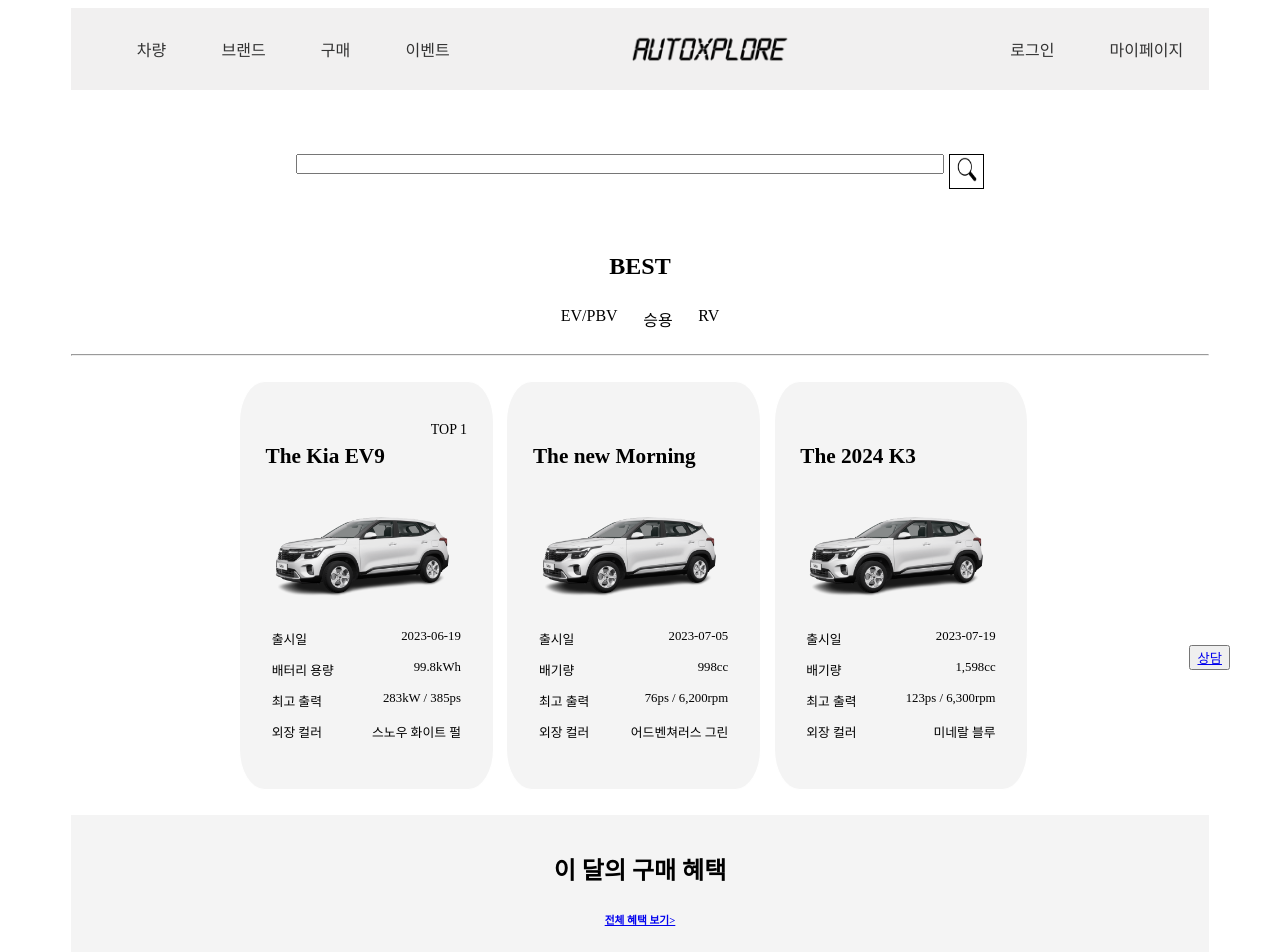
Repository: Autoxplore/Autoxplore
Page: mainPage.html
The author's editor kept a copy of each file at every save. The page is drawn from the files as they stood at one save, then again after the next save.
The browser window is 1280 px wide. The pictures show the part of the page from y = 0 to 952 px (the page is 2372 px tall before and 2411 px after).
A picture or video elsewhere on the page could not be fetched, so the positions and the page height are approximate.

Above is the page before, as saved 2023-08-03 15:18:31.

After the next save:
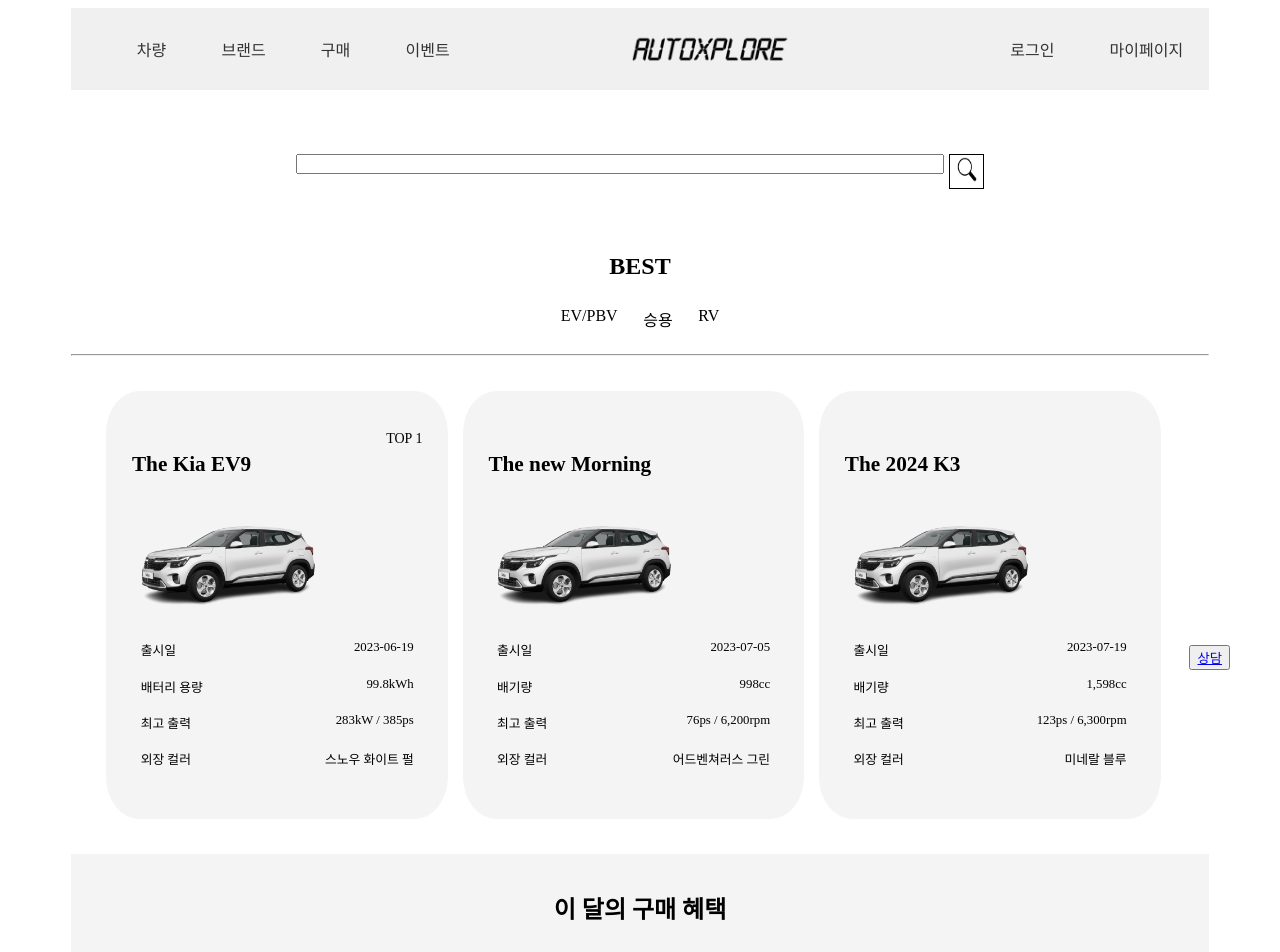
Saved 91 s later.
--- a/harin_css/mainPage.css
+++ b/harin_css/mainPage.css
@@ -114,10 +114,7 @@
     }
 
     /* best 내용 */
-    #wrap1{
-        width: 75%;
-        margin: 0 auto;
-    }
+
 
     .bestContent{
         display: flex;

After the save that followed:
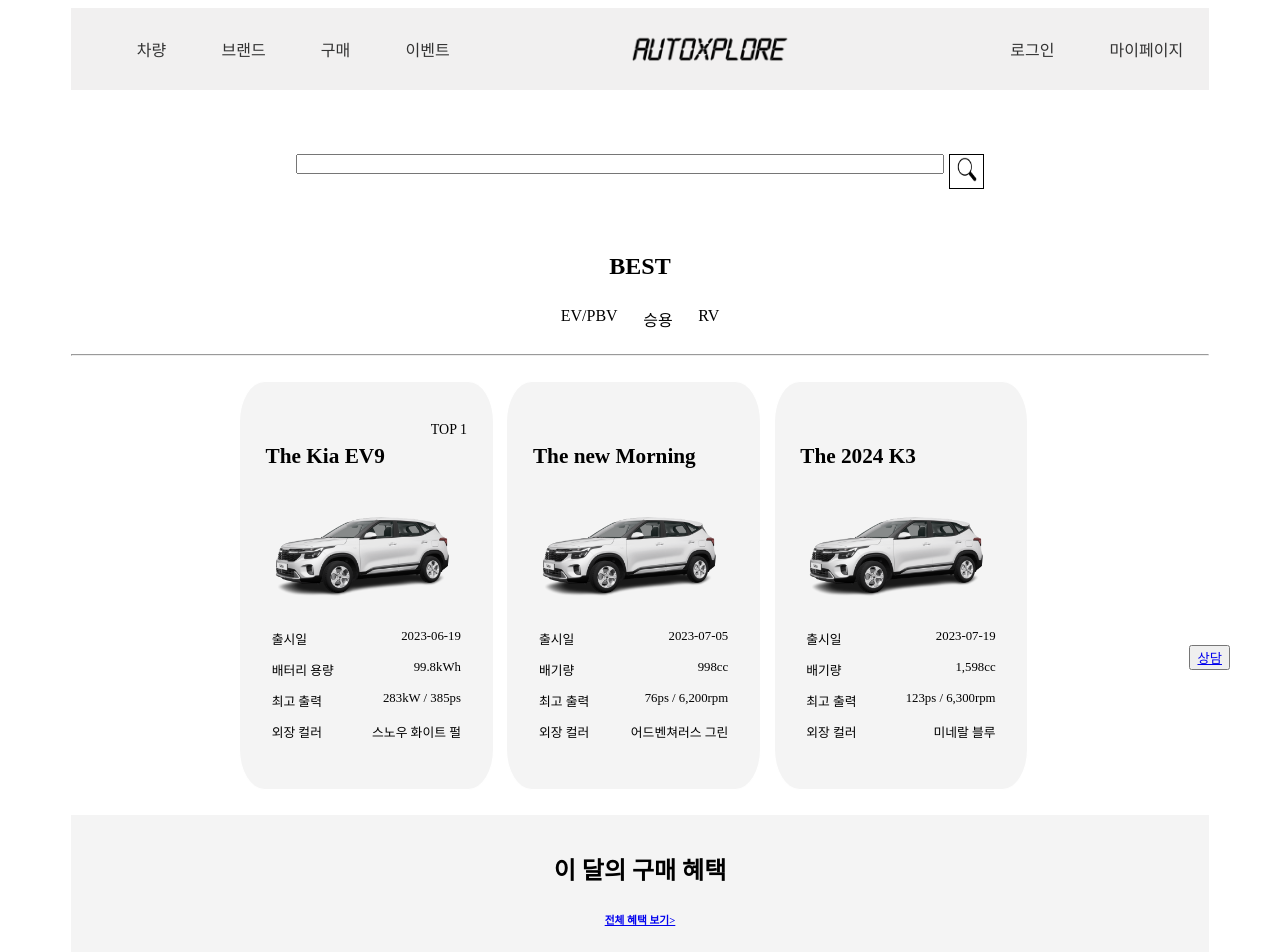
Saved 20 s later.
--- a/harin_css/mainPage.css
+++ b/harin_css/mainPage.css
@@ -114,6 +114,10 @@
     }
 
     /* best 내용 */
+    #wrap1{
+        width: 75%;
+        margin: 0 auto;
+    }
 
 
     .bestContent{
